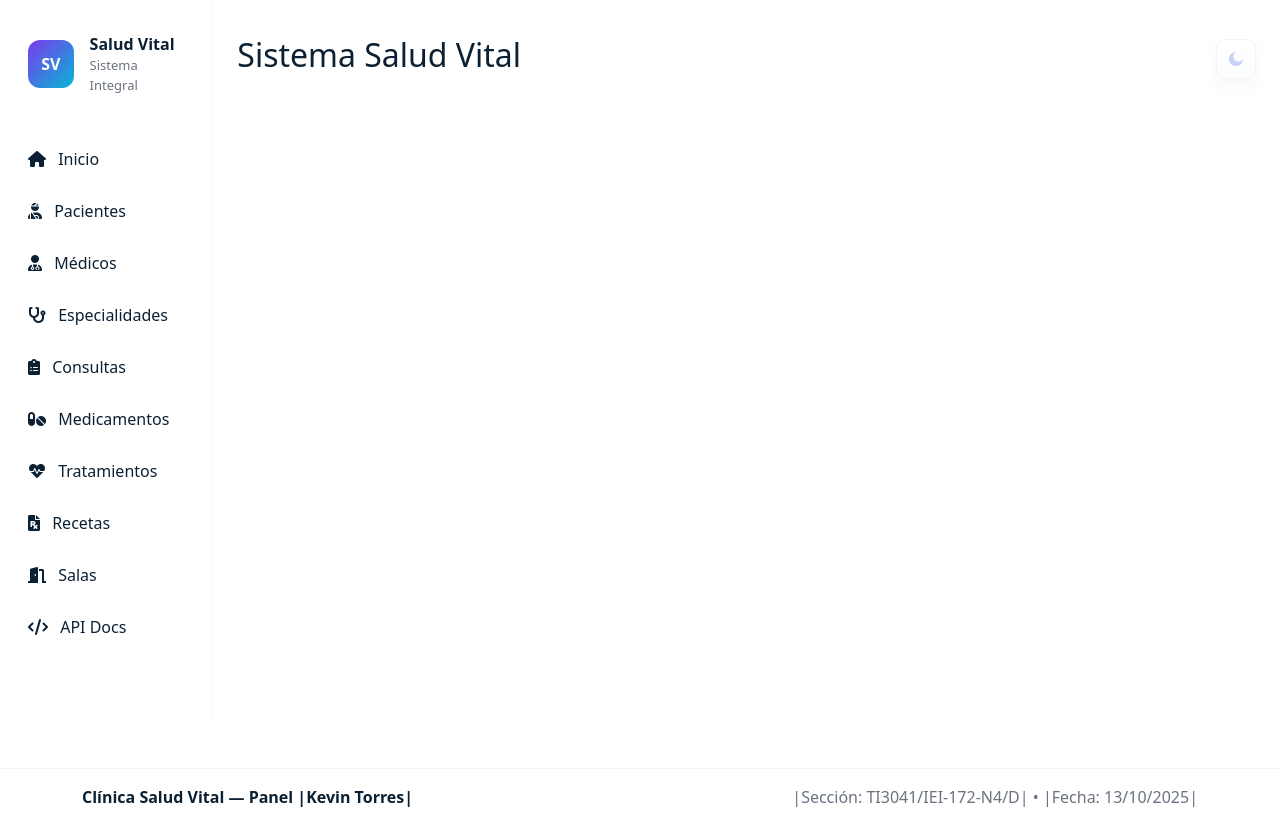
Repository: KeviNozh/eva2_clinica
Page: templates/base.html
An editor plug-in stored every save of this project. The page is shown before and after the next save, followed by the edit.
The browser window is 1280 px wide. The pictures show the whole page.
The template is drawn by Django 5.2. The application's start-up code is not run. Other server files are loaded and not shown. The template is opened directly, without the code that normally fills it, so the values that code supplies are empty.

Above is the page before, as saved 2025-10-14 19:35:26.

### templates/base.html
<!DOCTYPE html>
<html lang="es">
<head>
    <meta charset="UTF-8">
    <meta name="viewport" content="width=device-width, initial-scale=1.0">
    <title>{% block title %}Sistema Salud Vital{% endblock %}</title>

    <!-- Prevent theme flash: apply saved preference before CSS loads -->
    <script>
    (function(){
        try {
            const KEY = 'salud_vital_theme';
            const saved = localStorage.getItem(KEY);
            if (saved === 'dark') {
                document.documentElement.setAttribute('data-theme', 'dark');
            } else if (saved === 'light') {
                document.documentElement.removeAttribute('data-theme');
            } else {
                const prefersDark = window.matchMedia && window.matchMedia('(prefers-color-scheme: dark)').matches;
                if (prefersDark) document.documentElement.setAttribute('data-theme', 'dark');
                else document.documentElement.removeAttribute('data-theme');
            }
        } catch (e) {
            // Silently ignore (no localStorage access)
        }
    })();
    </script>

    <!-- Bootstrap -->
    <link href="https://cdn.jsdelivr.net/npm/bootstrap@5.3.0/dist/css/bootstrap.min.css" rel="stylesheet">
    <link rel="stylesheet" href="https://cdnjs.cloudflare.com/ajax/libs/font-awesome/6.0.0/css/all.min.css">

    <!-- Google Fonts -->
    <link href="https://fonts.googleapis.com/css2?family=Poppins:wght@300;400;600;700&display=swap" rel="stylesheet">

    <style>
        :root {
            --bg: #ffffff;
            --muted: #6b7280;
            --text: #0b2133;
            --card: #fff;
            --glass: rgba(11,21,40,0.04);
            --accent-1: linear-gradient(135deg,#7c3aed,#06b6d4);
            --accent-2: linear-gradient(135deg,#ff7a59,#ffb86b);
            --accent-3: linear-gradient(135deg,#34d399,#60a5fa);
            --accent-4: linear-gradient(135deg,#f472b6,#7c3aed);
            --radius: 12px;
            --shadow: 0 10px 30px rgba(11,21,40,0.06);
            --max-width: 1200px;
            font-family: 'Poppins', system-ui, -apple-system, "Segoe UI", Roboto, Arial, sans-serif;
            color-scheme: light;
            background-color: var(--bg);
            color: var(--text);
        }

        html[data-theme="dark"] {
            --bg: linear-gradient(180deg,#071021,#071827);
            --muted: #9aa6b2;
            --text: #e6f1f6;
            --card: #071226;
            --glass: rgba(255,255,255,0.03);
            --shadow: 0 10px 30px rgba(2,6,23,0.6);
            color-scheme: dark;
        }

        * { box-sizing: border-box }
        html, body { height: 100%; margin: 0; background: var(--bg); -webkit-font-smoothing: antialiased; color: var(--text); }
        a { color: inherit; text-decoration: none }
        button { font: inherit }

        .sidebar {
            min-height: 100vh;
            background: var(--card);
            border-right: 1px solid var(--glass);
        }

        .sidebar .nav-link {
            color: var(--text);
            padding: 12px 16px;
            border-radius: var(--radius);
            margin-bottom: 4px;
            transition: all 0.2s ease;
        }

        .sidebar .nav-link:hover {
            background: var(--glass);
            transform: translateX(4px);
        }

        .main-content {
            background: var(--bg);
            padding: 20px;
        }

        .card-custom {
            background: var(--card);
            border-radius: var(--radius);
            box-shadow: var(--shadow);
            border: 1px solid var(--glass);
            margin-bottom: 20px;
        }

        .btn-primary-custom {
            background: var(--accent-1);
            border: none;
            color: white;
            font-weight: 600;
        }

        .theme-toggle {
            display: inline-grid;
            place-items: center;
            width: 40px;
            height: 40px;
            border-radius: 10px;
            border: 1px solid var(--glass);
            background: linear-gradient(180deg,#fff,#fbfdff);
            cursor: pointer;
            box-shadow: 0 6px 18px rgba(11,21,40,0.04);
        }

        html[data-theme="dark"] .theme-toggle {
            background: linear-gradient(180deg, rgba(255,255,255,0.02), rgba(255,255,255,0.01));
            border: 1px solid rgba(255,255,255,0.04);
        }

        .table-custom {
            background: var(--card);
            border-radius: var(--radius);
            overflow: hidden;
            box-shadow: var(--shadow);
        }

        .table-custom th {
            background: var(--glass);
            color: var(--muted);
            font-weight: 600;
            border: none;
            padding: 12px 16px;
        }

        .table-custom td {
            padding: 12px 16px;
            border-bottom: 1px solid var(--glass);
        }

        .form-control-custom, .form-select-custom {
            background: var(--card);
            border: 1px solid var(--glass);
            color: var(--text);
            border-radius: var(--radius);
        }

        .form-control-custom:focus, .form-select-custom:focus {
            background: var(--card);
            border-color: #7c3aed;
            color: var(--text);
            box-shadow: 0 0 0 0.2rem rgba(124, 58, 237, 0.25);
        }
    </style>
</head>
<body>
    <div class="container-fluid">
        <div class="row">
            <!-- Sidebar -->
            <nav class="col-md-3 col-lg-2 d-md-block sidebar">
                <div class="position-sticky pt-3">
                    <div class="brand p-3 mb-4">
                        <div class="d-flex align-items-center gap-3">
                            <div class="logo" style="width: 48px; height: 48px; border-radius: 12px; background: var(--accent-1); display: grid; place-items: center; color: white; font-weight: 700;">
                                SV
                            </div>
                            <div>
                                <div class="title" style="font-weight: 700;">Salud Vital</div>
                                <div class="tag" style="font-size: 13px; color: var(--muted);">Sistema Integral</div>
                            </div>
                        </div>
                    </div>

                    <ul class="nav flex-column">
                        <li class="nav-item">
                            <a class="nav-link" href="{% url 'inicio' %}">
                                <i class="fas fa-home me-2"></i> Inicio
                            </a>
                        </li>
                        <li class="nav-item">
                            <a class="nav-link" href="{% url 'crud:crud_pacientes' %}">
                                <i class="fas fa-user-injured me-2"></i> Pacientes
                            </a>
                        </li>
                        <li class="nav-item">
                            <a class="nav-link" href="{% url 'crud:crud_medicos' %}">
                                <i class="fas fa-user-md me-2"></i> Médicos
                            </a>
                        </li>
                        <li class="nav-item">
                            <a class="nav-link" href="{% url 'crud:crud_especialidades' %}">
                                <i class="fas fa-stethoscope me-2"></i> Especialidades
                            </a>
                        </li>
                        <li class="nav-item">
                            <a class="nav-link" href="{% url 'crud:crud_consultas' %}">
                                <i class="fas fa-clipboard-list me-2"></i> Consultas
                            </a>
                        </li>
                        <li class="nav-item">
                            <a class="nav-link" href="{% url 'crud:crud_medicamentos' %}">
                                <i class="fas fa-pills me-2"></i> Medicamentos
                            </a>
                        </li>
                        <li class="nav-item">
                            <a class="nav-link" href="{% url 'crud:crud_tratamientos' %}">
                                <i class="fas fa-heartbeat me-2"></i> Tratamientos
                            </a>
                        </li>
                        <li class="nav-item">
                            <a class="nav-link" href="{% url 'crud:crud_recetas' %}">
                                <i class="fas fa-file-prescription me-2"></i> Recetas
                            </a>
                        </li>
                        <li class="nav-item">
                            <a class="nav-link" href="{% url 'crud:crud_salas' %}">
                                <i class="fas fa-door-open me-2"></i> Salas
                            </a>
                        </li>
                        <li class="nav-item">
                            <a class="nav-link" href="/api/docs/" target="_blank">
                                <i class="fas fa-code me-2"></i> API Docs
                            </a>
                        </li>
                    </ul>
                </div>
            </nav>

            <!-- Main content -->
            <main class="col-md-9 ms-sm-auto col-lg-10 px-md-4 main-content">
                <div class="d-flex justify-content-between flex-wrap flex-md-nowrap align-items-center pt-3 pb-2 mb-3">
                    <h1 class="h2">{% block page_title %}Sistema Salud Vital{% endblock %}</h1>
                    <div class="d-flex align-items-center gap-2">
                        <button class="theme-toggle" aria-pressed="false" title="Cambiar tema" data-theme-toggle>
                            <span class="sr-only">Alternar tema claro/oscuro</span>
                            <svg width="18" height="18" viewBox="0 0 24 24" fill="none" aria-hidden>
                                <path d="M21 12.79A9 9 0 1111.21 3 7 7 0 0021 12.79z" fill="#0b1530" opacity="0.95"/>
                                <path d="M12 2v2M12 20v2M4.22 4.22l1.42 1.42M18.36 18.36l1.42 1.42M2 12h2M20 12h2M4.22 19.78l1.42-1.42M18.36 5.64l1.42-1.42" stroke="#6b7280" stroke-width="1.1" stroke-linecap="round" stroke-linejoin="round"/>
                            </svg>
                        </button>
                    </div>
                </div>

                <!-- Mensajes -->
                {% if messages %}
                <div class="messages">
                    {% for message in messages %}
                    <div class="alert alert-{{ message.tags }} alert-dismissible fade show" role="alert">
                        {{ message }}
                        <button type="button" class="btn-close" data-bs-dismiss="alert"></button>
                    </div>
                    {% endfor %}
                </div>
                {% endif %}

                <!-- Contenido principal -->
                {% block content %}
                {% endblock %}
            </main>
        </div>
    </div>

    <!-- Footer -->
    <footer class="mt-5 py-3" style="background: var(--card); border-top: 1px solid var(--glass);">
        <div class="container">
            <div class="d-flex justify-content-between align-items-center">
                <div style="font-weight:700">Clínica Salud Vital — Panel |Kevin Torres| </div>
                <div style="color: var(--muted);">|Sección: TI3041/IEI-172-N4/D| • |Fecha: 13/10/2025|</div>
            </div>
        </div>
    </footer>

    <script src="https://cdn.jsdelivr.net/npm/bootstrap@5.3.0/dist/js/bootstrap.bundle.min.js"></script>

    <script>
    (function(){
        const KEY = 'salud_vital_theme';
        const root = document.documentElement;
        const btn = document.querySelector('[data-theme-toggle]');
        const yearEl = document.getElementById('current-year');
        if (yearEl) yearEl.textContent = new Date().getFullYear(); // protegido

        // SVG icons (sun for light, moon for dark)
        const ICON_SUN = '<svg width="18" height="18" viewBox="0 0 24 24" fill="none" aria-hidden><circle cx="12" cy="12" r="4" fill="#f59e0b"/><path d="M12 2v2M12 20v2M4.22 4.22l1.42 1.42M18.36 18.36l1.42 1.42M2 12h2M20 12h2M4.22 19.78l1.42-1.42M18.36 5.64l1.42-1.42" stroke="#fbbf24" stroke-width="1.1" stroke-linecap="round" stroke-linejoin="round"/></svg>';
        const ICON_MOON = '<svg width="18" height="18" viewBox="0 0 24 24" fill="none" aria-hidden><path d="M21 12.79A9 9 0 1111.21 3a7 7 0 109.79 9.79z" fill="#c7d2fe"/><path d="M21 12.79A9 9 0 1111.21 3" stroke="#94a3b8" stroke-width="0.6" stroke-linecap="round" stroke-linejoin="round" opacity="0.6"/></svg>';

        function applyTheme(theme){
            if(!btn) return; // si no hay botón, salimos
            if(theme === 'dark'){
                root.setAttribute('data-theme','dark');
                btn.setAttribute('aria-pressed','true');
                btn.title = 'Cambiar a tema claro';
                btn.innerHTML = '<span class="sr-only">Tema oscuro activado. Cambiar a claro</span>' + ICON_SUN;
            } else {
                root.removeAttribute('data-theme');
                btn.setAttribute('aria-pressed','false');
                btn.title = 'Cambiar a tema oscuro';
                btn.innerHTML = '<span class="sr-only">Tema claro activado. Cambiar a oscuro</span>' + ICON_MOON;
            }
        }

        // initial: saved preference > prefers-color-scheme > default light
        try {
            const saved = localStorage.getItem(KEY);
            if(saved === 'dark' || saved === 'light'){
                applyTheme(saved);
            } else {
                const prefersDark = window.matchMedia && window.matchMedia('(prefers-color-scheme: dark)').matches;
                applyTheme(prefersDark ? 'dark' : 'light');
            }
        } catch(e) {
            // ignore storage errors and default to system
            const prefersDark = window.matchMedia && window.matchMedia('(prefers-color-scheme: dark)').matches;
            applyTheme(prefersDark ? 'dark' : 'light');
        }

        if (btn) {
            btn.addEventListener('click', function(){
                const isDark = root.getAttribute('data-theme') === 'dark';
                const next = isDark ? 'light' : 'dark';
                applyTheme(next);
                try { localStorage.setItem(KEY, next); } catch(e) {}
            });

            // Keep keyboard accessible (Enter / Space)
            btn.addEventListener('keydown', function(e){
                if(e.key === 'Enter' || e.key === ' '){
                    e.preventDefault();
                    btn.click();
                }
            });
        }
    })();
    </script>

    {% block scripts %}
    {% endblock %}
</body>
</html>

After the next save:
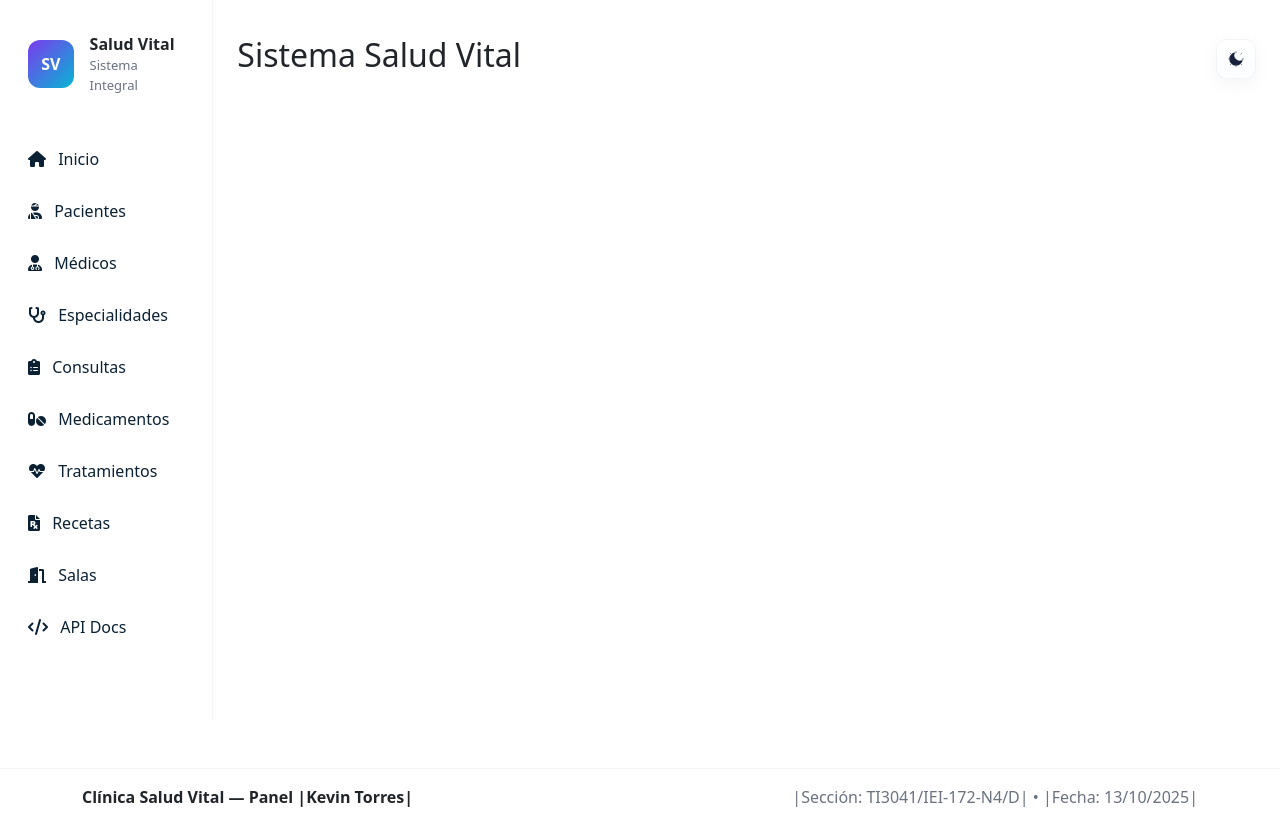
Console error: TypeError: Cannot set properties of null (setting 'textContent')
Saved 86 s later.
--- a/templates/base.html
+++ b/templates/base.html
@@ -1,30 +1,9 @@
 <!DOCTYPE html>
-<html lang="es">
+<html lang="es" data-theme="light">
 <head>
     <meta charset="UTF-8">
     <meta name="viewport" content="width=device-width, initial-scale=1.0">
     <title>{% block title %}Sistema Salud Vital{% endblock %}</title>
-
-    <!-- Prevent theme flash: apply saved preference before CSS loads -->
-    <script>
-    (function(){
-        try {
-            const KEY = 'salud_vital_theme';
-            const saved = localStorage.getItem(KEY);
-            if (saved === 'dark') {
-                document.documentElement.setAttribute('data-theme', 'dark');
-            } else if (saved === 'light') {
-                document.documentElement.removeAttribute('data-theme');
-            } else {
-                const prefersDark = window.matchMedia && window.matchMedia('(prefers-color-scheme: dark)').matches;
-                if (prefersDark) document.documentElement.setAttribute('data-theme', 'dark');
-                else document.documentElement.removeAttribute('data-theme');
-            }
-        } catch (e) {
-            // Silently ignore (no localStorage access)
-        }
-    })();
-    </script>
 
     <!-- Bootstrap -->
     <link href="https://cdn.jsdelivr.net/npm/bootstrap@5.3.0/dist/css/bootstrap.min.css" rel="stylesheet">
@@ -64,7 +43,7 @@
         }
 
         * { box-sizing: border-box }
-        html, body { height: 100%; margin: 0; background: var(--bg); -webkit-font-smoothing: antialiased; color: var(--text); }
+        html, body { height: 100%; margin: 0; background: var(--bg); -webkit-font-smoothing: antialiased }
         a { color: inherit; text-decoration: none }
         button { font: inherit }
 
@@ -271,7 +250,7 @@
         <div class="container">
             <div class="d-flex justify-content-between align-items-center">
                 <div style="font-weight:700">Clínica Salud Vital — Panel |Kevin Torres| </div>
-                <div style="color: var(--muted);">|Sección: TI3041/IEI-172-N4/D| • |Fecha: 13/10/2025|</div>
+                <div style="color: var(--muted);">|Sección: TI3041/IEI-172-N4/D| • |Fecha: 13/10/2025|</span></div>
             </div>
         </div>
     </footer>
@@ -284,14 +263,13 @@
         const root = document.documentElement;
         const btn = document.querySelector('[data-theme-toggle]');
         const yearEl = document.getElementById('current-year');
-        if (yearEl) yearEl.textContent = new Date().getFullYear(); // protegido
+        yearEl.textContent = new Date().getFullYear();
 
         // SVG icons (sun for light, moon for dark)
         const ICON_SUN = '<svg width="18" height="18" viewBox="0 0 24 24" fill="none" aria-hidden><circle cx="12" cy="12" r="4" fill="#f59e0b"/><path d="M12 2v2M12 20v2M4.22 4.22l1.42 1.42M18.36 18.36l1.42 1.42M2 12h2M20 12h2M4.22 19.78l1.42-1.42M18.36 5.64l1.42-1.42" stroke="#fbbf24" stroke-width="1.1" stroke-linecap="round" stroke-linejoin="round"/></svg>';
         const ICON_MOON = '<svg width="18" height="18" viewBox="0 0 24 24" fill="none" aria-hidden><path d="M21 12.79A9 9 0 1111.21 3a7 7 0 109.79 9.79z" fill="#c7d2fe"/><path d="M21 12.79A9 9 0 1111.21 3" stroke="#94a3b8" stroke-width="0.6" stroke-linecap="round" stroke-linejoin="round" opacity="0.6"/></svg>';
 
         function applyTheme(theme){
-            if(!btn) return; // si no hay botón, salimos
             if(theme === 'dark'){
                 root.setAttribute('data-theme','dark');
                 btn.setAttribute('aria-pressed','true');
@@ -306,36 +284,29 @@
         }
 
         // initial: saved preference > prefers-color-scheme > default light
-        try {
-            const saved = localStorage.getItem(KEY);
-            if(saved === 'dark' || saved === 'light'){
-                applyTheme(saved);
-            } else {
-                const prefersDark = window.matchMedia && window.matchMedia('(prefers-color-scheme: dark)').matches;
-                applyTheme(prefersDark ? 'dark' : 'light');
-            }
-        } catch(e) {
-            // ignore storage errors and default to system
+        const saved = localStorage.getItem(KEY);
+        if(saved === 'dark' || saved === 'light'){
+            applyTheme(saved);
+        } else {
             const prefersDark = window.matchMedia && window.matchMedia('(prefers-color-scheme: dark)').matches;
             applyTheme(prefersDark ? 'dark' : 'light');
         }
 
-        if (btn) {
-            btn.addEventListener('click', function(){
-                const isDark = root.getAttribute('data-theme') === 'dark';
-                const next = isDark ? 'light' : 'dark';
-                applyTheme(next);
-                try { localStorage.setItem(KEY, next); } catch(e) {}
-            });
-
-            // Keep keyboard accessible (Enter / Space)
-            btn.addEventListener('keydown', function(e){
-                if(e.key === 'Enter' || e.key === ' '){
-                    e.preventDefault();
-                    btn.click();
-                }
-            });
-        }
+        btn.addEventListener('click', function(){
+            const isDark = root.getAttribute('data-theme') === 'dark';
+            const next = isDark ? 'light' : 'dark';
+            applyTheme(next);
+            localStorage.setItem(KEY, next);
+        });
+
+        // Keep keyboard accessible (Enter / Space)
+        btn.addEventListener('keydown', function(e){
+            if(e.key === 'Enter' || e.key === ' '){
+                e.preventDefault();
+                btn.click();
+            }
+        });
+
     })();
     </script>
 
